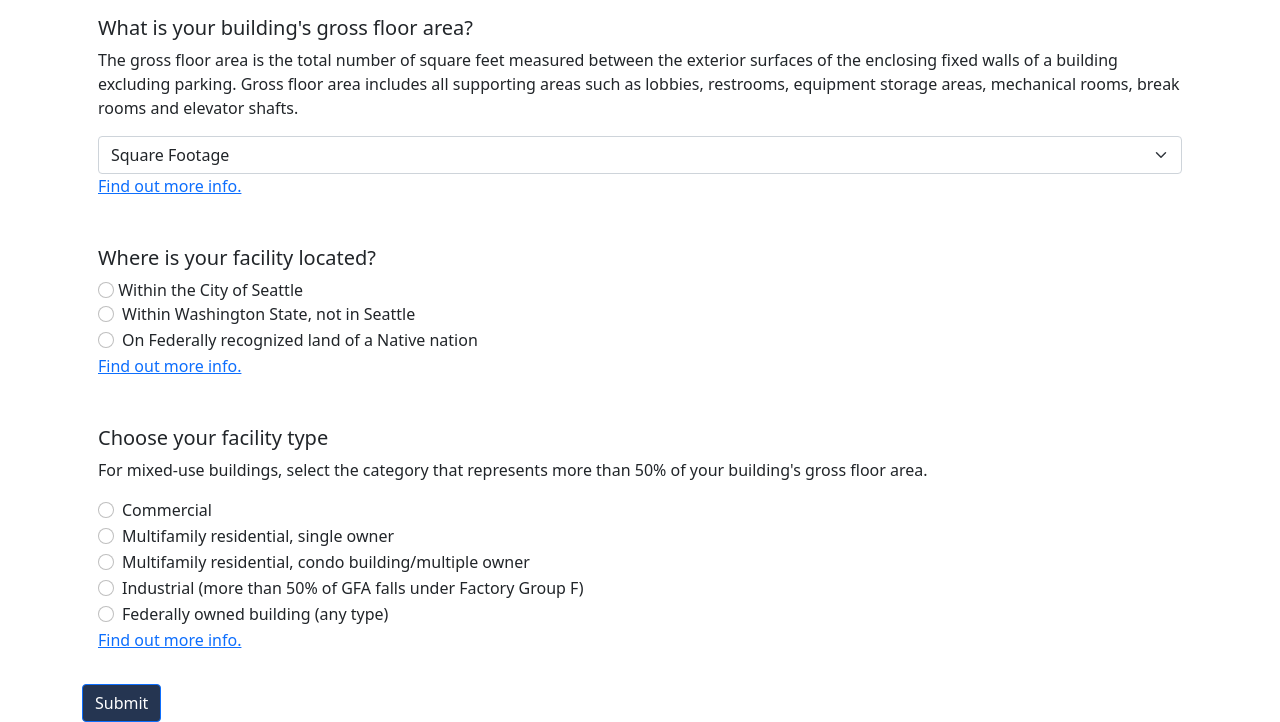
Repository: ChaidGPT/SershonSystemsQuiz
Page: index.html
An editor plug-in stored every save of this project. The page is shown before and after the next save, followed by the edit.
The browser window is 1280 px wide. The pictures show the whole page.

Above is the page before, as saved 2023-07-07 15:43:18.

After the next save:
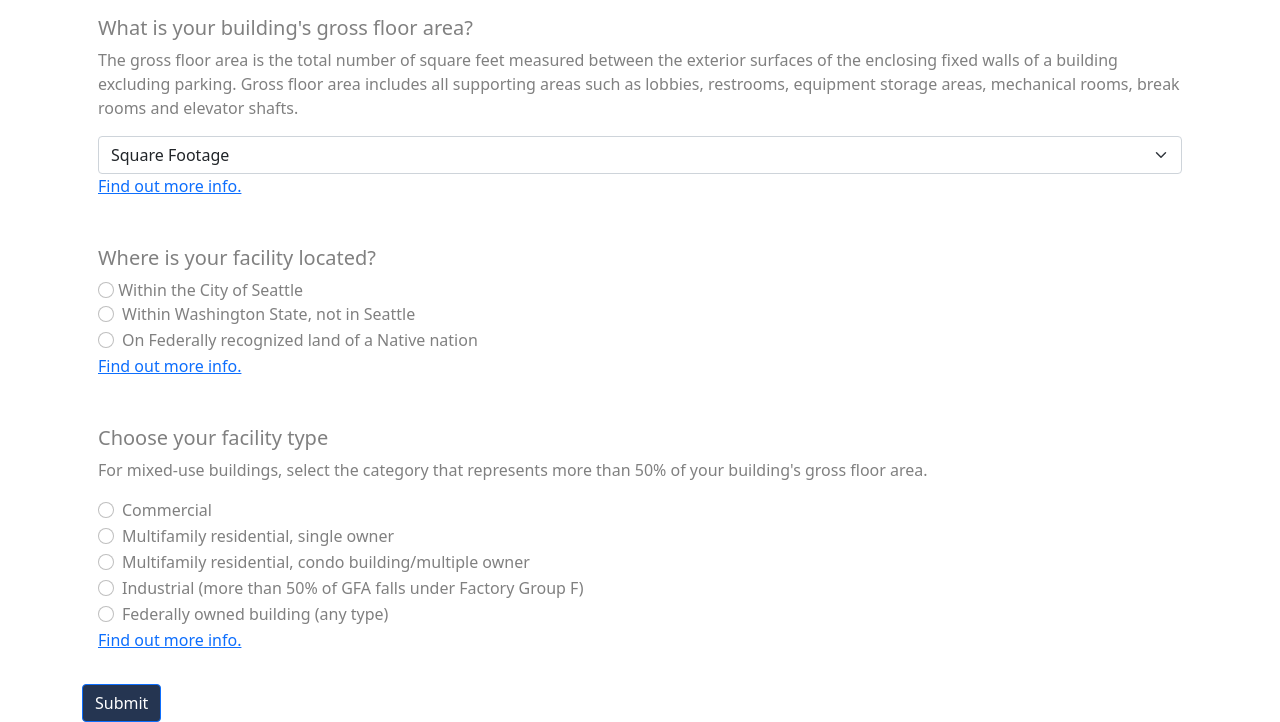
Saved 96 s later.
--- a/index.html
+++ b/index.html
@@ -24,8 +24,9 @@
         background-color: #253551;
     }
 
-	.body {
-		font-size: smaller;
+	.card-body {
+		font-size: 14;
+		color: gray;
 	}
 	</style>
 </head>
